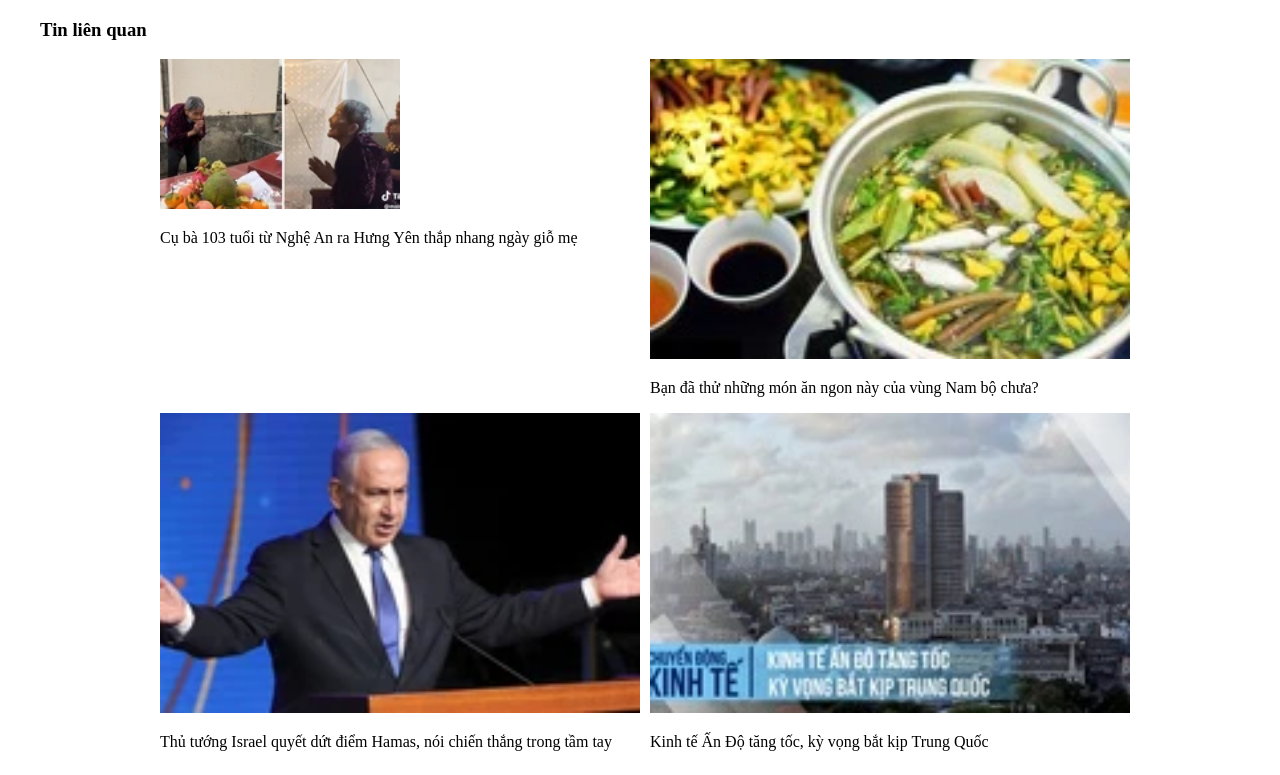
Repository: Tan-Khang21/TH_TKW--Buoi_07
Page: Bai_Tap_Ve_Nha/TinLienQuan.html
An editor plug-in stored every save of this project. The page is shown before and after the next save, followed by the edit.
The browser window is 1280 px wide. The pictures show the whole page.

Above is the page before, as saved 2024-03-12 17:30:13.

### Bai_Tap_Ve_Nha/TinLienQuan.html
<!DOCTYPE html>
<html lang="en">
  <head>
    <meta charset="UTF-8" />
    <meta name="viewport" content="width=device-width, initial-scale=1.0" />
    <title>Document</title>
    <link rel="stylesheet" href="style.css" />
  </head>
  <body>
    <div class="container">
      <h3>Tin liên quan</h3>
      <div
        style="
          display: flex;
          width: 1200px;
          flex-wrap: wrap;
          justify-content: center;
          margin-left: -10px;
          margin: 0 auto;
        "
      >
        <div class="box" style="width: 40%; margin-left: 10px">
          <img
            src="images/hinh3.webp"
            alt=""
            style="width: 50%; object-fit: cover"
          />
          <p>Cụ bà 103 tuổi từ Nghệ An ra Hưng Yên thắp nhang ngày giỗ mẹ</p>
        </div>
        <div style="width: 40%; margin-left: 10px">
          <img
            src="images/hinh4.webp"
            alt=""
            style="width: 100%; object-fit: cover"
          />
          <p>Bạn đã thử những món ăn ngon này của vùng Nam bộ chưa?</p>
        </div>
        <div style="width: 40%; margin-left: 10px">
          <img
            src="images/hinh5.webp"
            alt=""
            style="width: 100%; object-fit: cover"
          />
          <p>
            Thủ tướng Israel quyết dứt điểm Hamas, nói chiến thắng trong tầm tay
          </p>
        </div>
        <div style="width: 40%; margin-left: 10px">
          <img
            src="images/hinh6.webp"
            alt=""
            style="width: 100%; object-fit: cover"
          />
          <p>Kinh tế Ấn Độ tăng tốc, kỳ vọng bắt kịp Trung Quốc</p>
        </div>
      </div>
    </div>
  </body>
</html>

### Bai_Tap_Ve_Nha/style.css
.container {
  margin: 0 auto;
  width: 1200px;
}
img {
  transition: all 0.2s linear;
  transform: scale(1);
}
img:hover {
  transform: scale(1.3);
}

After the next save:
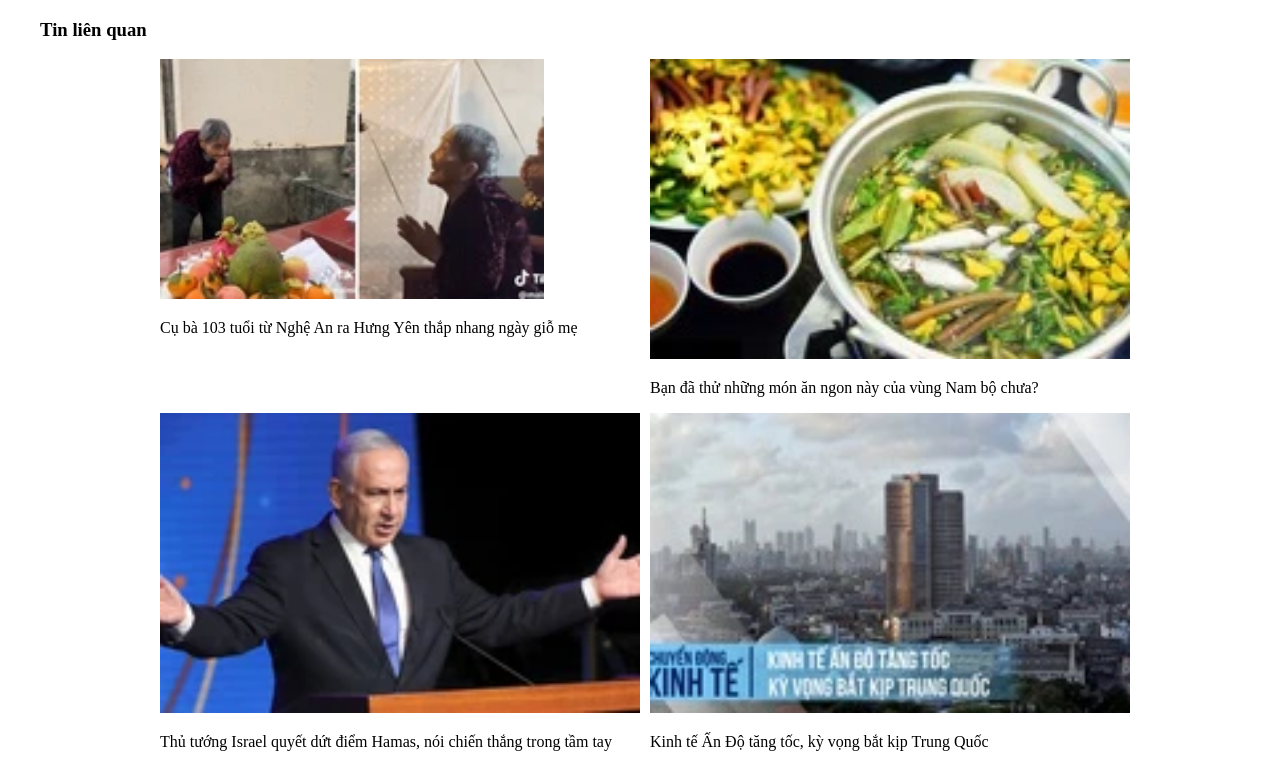
Saved 7 s later.
--- a/Bai_Tap_Ve_Nha/TinLienQuan.html
+++ b/Bai_Tap_Ve_Nha/TinLienQuan.html
@@ -23,7 +23,7 @@
           <img
             src="images/hinh3.webp"
             alt=""
-            style="width: 50%; object-fit: cover"
+            style="width: 80%; object-fit: cover"
           />
           <p>Cụ bà 103 tuổi từ Nghệ An ra Hưng Yên thắp nhang ngày giỗ mẹ</p>
         </div>
